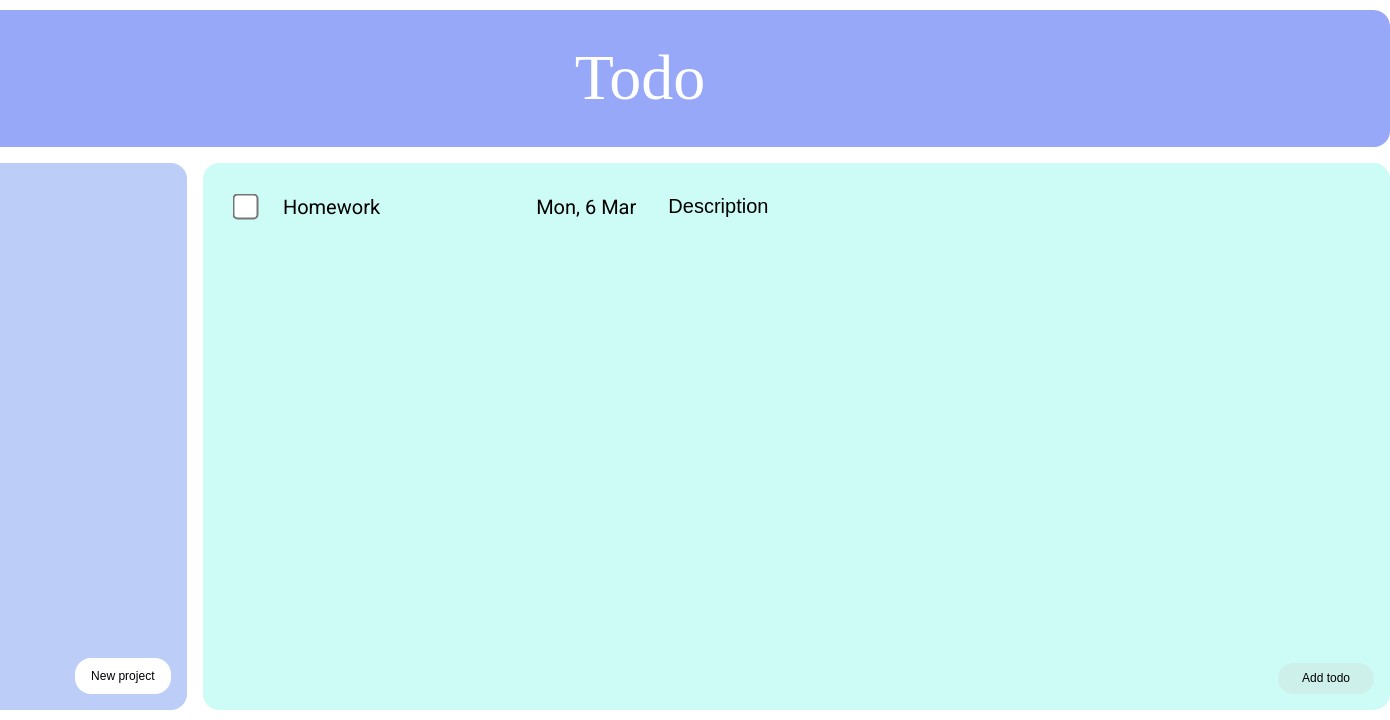
Repository: yeetzpxoci/todo-list
Page: dist/index.html
An editor plug-in stored every save of this project. The page is shown before and after a run of saves, followed by the edit.
The browser window is 1280 px wide. The page is 1390 px wide, so the pictures cover 1390 px, including what lies to the right of the window. The pictures show the whole page.
Some web fonts or font styles are not loaded; a fallback is used.

Above is the page before, as saved 2023-03-07 17:25:42.
Console error: ReferenceError: projectNameSubmit is not defined

### dist/index.html
<!DOCTYPE html>
<html lang="en">
<head>
    <meta charset="UTF-8">
    <meta http-equiv="X-UA-Compatible" content="IE=edge">
    <meta name="viewport" content="width=device-width, initial-scale=1.0">
    <title>Todo List</title>
    <link rel="stylesheet" href="styles.css">
    <link rel="preconnect" href="https://fonts.googleapis.com">
    <link rel="preconnect" href="https://fonts.gstatic.com" crossorigin>
    <link href="https://fonts.googleapis.com/css2?family=Tilt+Warp&display=swap" rel="stylesheet">
    <link href="https://fonts.googleapis.com/css2?family=Roboto&family=Tilt+Warp&display=swap" rel="stylesheet">
</head>
<body>

<script src="main.js"></script>
</body>
</html>

### dist/styles.css
body, html {
    margin:0;
    padding: 0;
}

body {
    min-height: 100vh;
    display: flex;
    flex-direction: column;
    justify-content: center;
    align-items: center;
    font-family: 'Roboto';
    background-color: white;
}

p {
    margin: 0;
    padding: 0;
}

#content {
    width: 1500px;
    height: 700px;
    display: grid;
    grid-template-columns: 1fr 4fr;
    grid-template-rows: 1fr 4fr;
    background-color: white;
    z-index: 0;
    overflow: hidden;
    border-radius: 16px;
    gap: 16px;
}

#header {
    display: flex;
    justify-content: center;
    align-items: center;
    background-color: #98A8F8;
    font-size: 64px;
    font-family: 'Tilt Warp', cursive;
    grid-column: 1 / 3;
    grid-row: 1 / 2;
    z-index: 1;
    border-radius: 16px;
}

#header p {
    margin: 24px;
    padding: 0;
    color: white;
}

#sidebar {
    display: flex;
    flex-direction: column;
    background-color: #BCCEF8   ;
    grid-column: 1 / 2;
    grid-row: 2 / 3;
    z-index: -1;
    padding-left: 24px;
    padding-top: 24px;
    border-radius: 16px;
}

#projects-div {
    display: flex;
    flex-direction: column;
    width: 100%;
}

#add-project {
    align-self: flex-end;
    border-radius: 16px;
    border-width: 0;
    height: 36px;
    width: 96px;
    font-size: 12px;
    margin-top: auto;
    margin-right: 16px;
    margin-bottom: 16px;
    background-color: white;
    cursor: pointer;
}

#add-todo {
    align-self: flex-end;
    border-radius: 16px;
    border-width: 0;
    height: 36px;
    width: 96px;
    font-size: 12px;
    margin-top: auto;
    margin-bottom: 16px;
    margin-right: 16px;
    background-color: #CDF0EA;
    cursor: pointer;
}

.project-name {
    font-size: 32px;
    font-weight: bold;
    cursor: pointer;
}

#todos-wrapper {
    display: flex;
    flex-direction: column;
    gap: 16px;
    background-color: #CDFCF6;
    border-radius: 16px;
}

#todos {
    height: 100%;
    display: grid;
    grid-template-columns: 1fr 1fr;
    grid-auto-rows: 20%;
    column-gap: 16px;
    padding-left: 16px;
    padding-right: 16px;
    margin-top: 16px;
    overflow: scroll;
}

.todo, .todo-high, .todo-medium, .todo-low {
    display: flex;
    justify-content: space-between;
    align-items: center;
    height: 60%;
    border-radius: 16px;
    padding-left: 16px;
    padding-right: 16px;
    font-size: 20px;
}

.todo-high {
    background-color: #FFCBCB;
}

.todo-medium {
    background-color: #FFFDDE;
}

.todo-low {
    background-color: #E7FBBE;
}

.due {
    padding-left: 128px;
}

.checkbox {
    transform: scale(2);
}

.description {
    background-color: #caf1ff;
    border-radius: 16px;
    border-width: 0px;
    font-size: 20px;
    padding: 4px;
    cursor: pointer;
    background-color: transparent;
}

#description-div {
    display: none;
    flex-direction: column;
    flex-wrap: wrap;
    background-color: #F9F9F9;
    width: 25%;
    height: 40%;
    border-radius: 16px;
    padding: 16px;
    position: absolute;
    margin-left: auto;
    margin-right: auto;
    left: 0;
    right: 0;
    z-index: 2;
    box-shadow: 0 0 0 1600px rgba(0, 0, 0, 0.65);
}

#description-text {
    justify-content: baseline;
}

#close-button {
    margin-top: -8px;
    margin-right: -8px;
    font-weight: bold;
    width: 24px;
    height: 24px;
    align-self: flex-end;
    background-color: transparent;
    border: transparent;
    cursor: pointer;
}

#new-project-form {
    display: none;
    flex-direction: column;
    align-items: center;
    gap: 8px;
    flex-wrap: wrap;
    background-color: #F9F9F9;
    width: 20%;
    height: 10%;
    border-radius: 16px;
    padding: 16px;
    position: absolute;
    margin-left: auto;
    margin-right: auto;
    left: 0;
    right: 0;
    top: 256px;
    z-index: 2;
    box-shadow: 0 0 0 1600px rgba(0, 0, 0, 0.65);
}

#new-todo-form {
    display: none;
    flex-direction: column;
    align-items: center;
    gap: 8px;
    flex-wrap: wrap;
    background-color: #F9F9F9;
    width: 20%;
    height: 20%;
    border-radius: 16px;
    padding: 16px;
    position: absolute;
    margin-left: auto;
    margin-right: auto;
    left: 0;
    right: 0;
    top: 256px;
    z-index: 2;
    box-shadow: 0 0 0 1600px rgba(0, 0, 0, 0.65);
}

### dist/main.js
(()=>{"use strict";let e=[];function t(e){return{name:e,todos:[]}}let n=t("Default");function o(){for(let e=0;e<projects.length;e++){const t=document.createElement("p");t.className="project-name",t.innerHTML=projects[e].name,sidebarDiv.append(t)}}function c(){sidebarDiv.innerHTML=""}n.todos.push({title:"Homework",description:"Networks and Security bTCP Homework",dueDate:"Mon, 6 Mar",priority:"High"}),e.push(n),function(e){const t=document.createElement("div");t.id="content";const n=document.createElement("div");n.id="header";const d=document.createElement("p");d.innerHTML="Todo",n.append(d);const i=document.createElement("div");i.id="sidebar";const a=document.createElement("button");a.id="add-project",a.innerHTML="New project",a.addEventListener("click",(function(){document.getElementById("new-project-form").style.display="flex"})),i.append(a);const s=document.createElement("div");s.id="todos-wrapper";const r=document.createElement("div");r.id="todos";const m=document.createElement("button");m.id="add-todo",m.innerHTML="Add todo",s.append(r,m);const l=document.createElement("button");l.id="close-button",l.innerHTML="X",l.addEventListener("click",(function(){this.parentElement.style.display="none"}));for(let t=0;t<e[0].todos.length;t++){const n=document.createElement("div");n.className="todo";const o=document.createElement("input");o.className="checkbox",o.type="checkbox";const c=document.createElement("p");c.innerHTML=e[0].todos[t].title,c.className="todo-name";const d=document.createElement("p");d.innerHTML=e[0].todos[t].dueDate,d.className="due";const i=document.createElement("p");i.id="description-text",i.innerHTML=e[0].todos[t].description;const a=l.cloneNode(!0);a.addEventListener("click",(function(){this.parentElement.style.display="none"}));const s=document.createElement("div");s.id="description-div",s.append(a,i);const m=document.createElement("button");m.innerHTML="Description",m.className="description",m.addEventListener("click",(function(){this.previousElementSibling.style.display="flex"})),n.append(o,c,d,s,m),r.append(n)}const p=document.createElement("form");p.id="new-project-form",p.onsubmit=function(e){e.preventDefault()};const u=document.createElement("input");u.id="project-name-input",u.type="text",u.placeholder="Project name";const E=document.createElement("input");E.type="submit",E.value="Add project",E.addEventListener("click",(function(){c(),o(),this.parentElement.style.display="none"})),p.append(l,u,E),t.append(n,i,s,p),document.body.appendChild(t)}(e),projectNameSubmit.addEventListener("click",(function(){!function(n){let o=t(document.getElementById("project-name-input").value);e.push(o)}(),sidebarDiv.innerHTML="",function(){for(let t=0;t<e.length;t++){const n=document.createElement("p");n.className="project-name",n.innerHTML=e[t].name,sidebarDiv.append(n)}}(),this.parentElement.style.display="none"}))})();

After the next 2 saves:
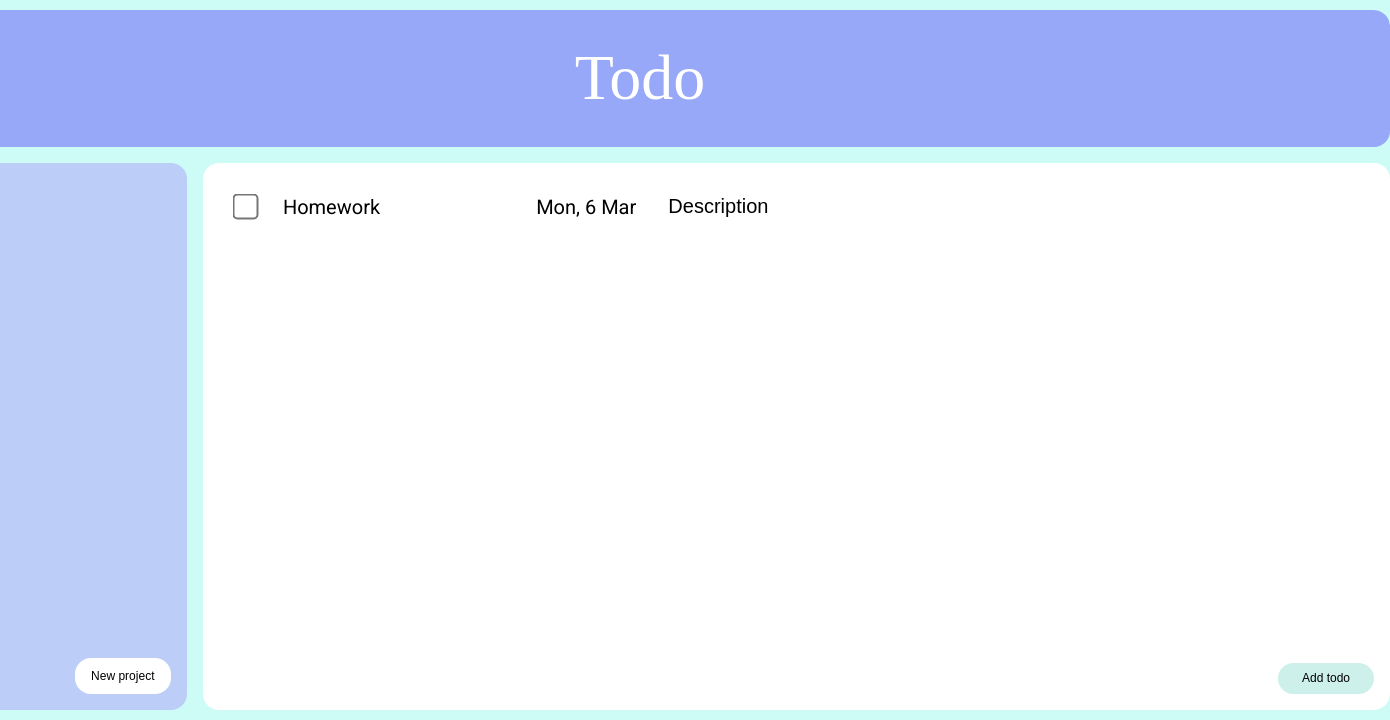
The 2 saves are shown as one change because they came seconds apart.
The last was saved 23 s later.
--- a/dist/styles.css
+++ b/dist/styles.css
@@ -10,7 +10,7 @@ body {
     justify-content: center;
     align-items: center;
     font-family: 'Roboto';
-    background-color: white;
+    background-color: #CDFCF6;
 }
 
 p {
@@ -24,7 +24,7 @@ p {
     display: grid;
     grid-template-columns: 1fr 4fr;
     grid-template-rows: 1fr 4fr;
-    background-color: white;
+    background-color: #CDFCF6;
     z-index: 0;
     overflow: hidden;
     border-radius: 16px;
@@ -106,7 +106,7 @@ p {
     display: flex;
     flex-direction: column;
     gap: 16px;
-    background-color: #CDFCF6;
+    background-color: white;
     border-radius: 16px;
 }
 
